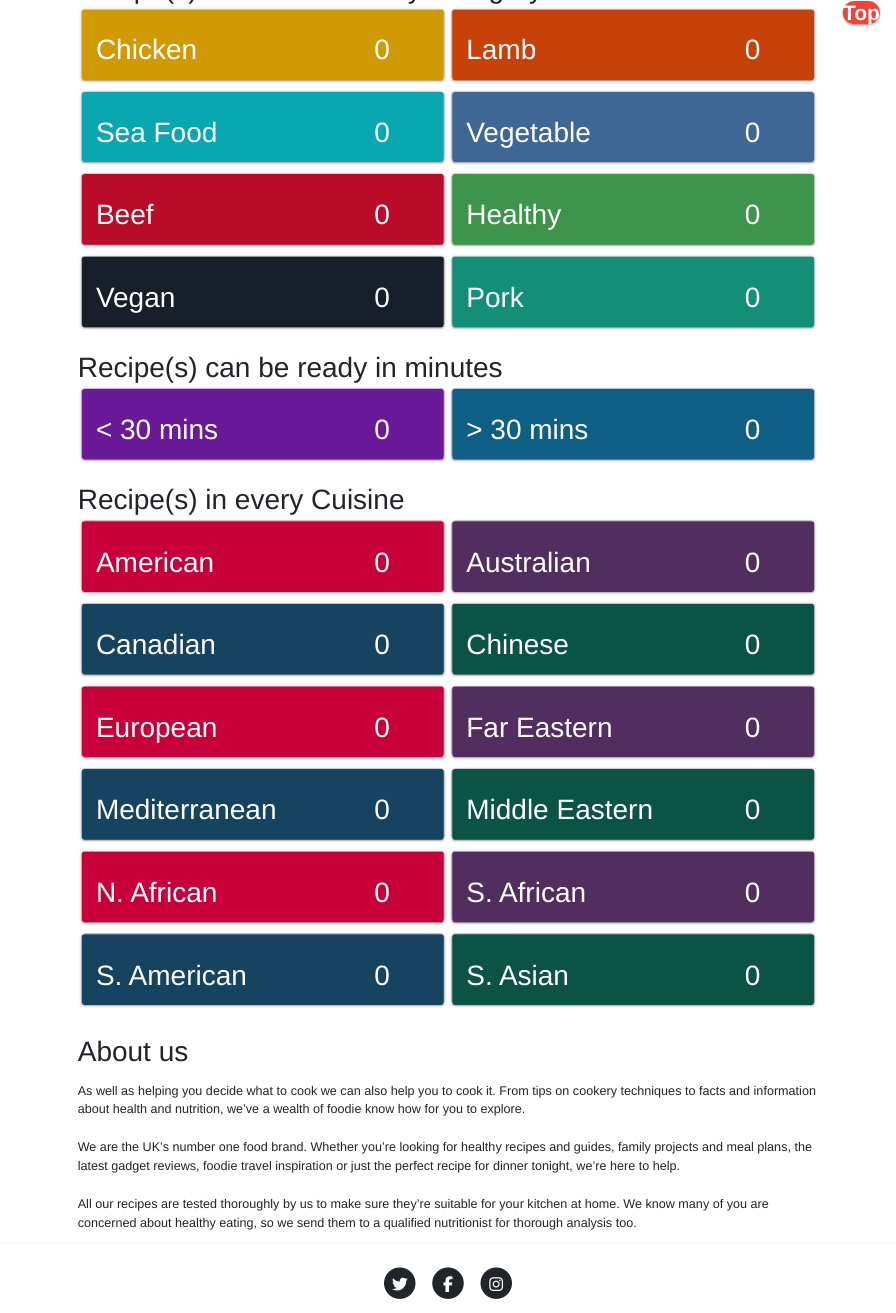
Repository: Code-Institute-Submissions/simas-recipes
Page: http://localhost/
The author's editor kept a record of every edit. The page is drawn from the files as they stood at one moment, then again after the next edit.
The browser window is 1280 px wide. The pictures show the part of the page from y = 652 to 2572 px (the page is 2528 px tall before and 2572 px after), at 70% of full size.
Some web fonts or font styles are not loaded; a fallback is used. Some web libraries are served in a nearby version. The page is served by the project's application, run on Flask 3 (run.py). Queries for data that is not in the repository find no rows.

Above is the page before.
Console error: ReferenceError: emailjs is not defined

### templates/index.html
{% extends 'base.html' %}
{% block content %}
    <span id ="top-page" class="dashhead"> Recipe(s) available in every Catagory</span><br>

    <div class="row">

        <!--Amount of recipes available for CHICKEN-->
        <div class="col-md-6 col-sm-12">
            <a href = "{{ url_for('chicken')}}">
            <div class="row card-chick collapsible collapsible-dash">
                <h2 class="col-9 cat_head">
                    Chicken
                </h2>
                <h2 class="col-3 cat-value">
                    {{ recipe_chicken|selectattr('recipe_type', 'equalto', 'Chicken')|list|length }}
                </h2>
            </div>
            </a>
        </div>

        <!--Amount of recipes available for LAMB-->
        <div class="col-md-6 col-sm-12">
            <a href = "{{ url_for('lamb')}}">
            <div class="row card-lamb collapsible collapsible-dash">
                <h2 class="col-9 cat_head">
                    Lamb
                </h2>
                <h2 class="col-3 cat-value">
                    {{ recipe_lamb|selectattr('recipe_type', 'equalto', 'Lamb')|list|length }}
                </h2>
            </div>
            </a>
        </div>
    </div>

    <div class="row">

        <!--Amount of recipes available for SEA FOOD-->
        <div class="col-md-6 col-sm-12">
            <a href = "{{ url_for('seafood')}}">
            <div class="row card-seafood collapsible collapsible-dash">
                <h2 class="col-9 cat_head">
                    Sea Food
                </h2>
                <h2 class="col-3 cat-value">
                    {{ recipe_seafood|selectattr('recipe_type', 'equalto', 'Sea Food')|list|length }}
                </h2>
            </div>
            </a>
        </div>

        <!--Amount of recipes available for VEGETABLE-->
        <div class="col-md-6 col-sm-12">
            <a href = "{{ url_for('veg')}}">
            <div class="row card-veg collapsible collapsible-dash">
                <h2 class="col-9 cat_head">
                    Vegetable
                </h2>
                <h2 class="col-3 cat-value">
                    {{ recipe_veg|selectattr('recipe_type', 'equalto', 'Vegetable')|list|length }}
                </h2>
            </div>
        </div>
    </div>

    <div class="row">

        <!--Amount of recipes available for BEEF-->
        <div class="col-md-6 col-sm-12">
            <a href = "{{ url_for('beef')}}">
            <div class="row card-beef collapsible collapsible-dash">
                <h2 class="col-9 cat_head">
                    Beef
                </h2>
                <h2 class="col-3 cat-value">
                    {{ recipe_beef|selectattr('recipe_type', 'equalto', 'Beef')|list|length }}
                </h2>
            </div>
            </a>
        </div>

        <!--Amount of recipes available for HEALTHY-->
        <div class="col-md-6 col-sm-12">
            <a href = "{{ url_for('healthy')}}">
            <div class="row card-healthy collapsible collapsible-dash">
                <h2 class="col-9 cat_head">
                    Healthy
                </h2>
                <h2 class="col-3 cat-value">
                    {{ recipe_healthy|selectattr('recipe_type', 'equalto', 'Healthy')|list|length }}
                </h2>
            </div>
            </a>
        </div>
    </div>

    <div class="row">

        <!--Amount of recipes available for VEGAN-->
        <div class="col-md-6 col-sm-12">
            <a href = "{{ url_for('vegan')}}">
            <div class="row card-vegan collapsible collapsible-dash">
                <h2 class="col-9 cat_head">
                    Vegan
                </h2>
                <h2 class="col-3 cat-value">
                    {{ recipe_vegan|selectattr('recipe_type', 'equalto', 'Vegan')|list|length }}
                </h2>
            </div>
            </a>
        </div>

        <!--Amount of recipes available for PORK-->
        <div class="col-md-6 col-sm-12">
            <a href = "{{ url_for('pork')}}">
            <div class="row card-pork collapsible collapsible-dash">
                <h2 class="col-9 cat_head">
                    Pork
                </h2>
                <h2 class="col-3 cat-value">
                    {{ recipe_pork|selectattr('recipe_type', 'equalto', 'Pork')|list|length }}
                </h2>
            </div>
            </a>
        </div>
    </div>
    <br>

    <span class="dashhead"> Recipe(s) can be ready in minutes</span><br>

    <div class="row">

        <!--Amount of recipes available which can be ready under 30 mins-->
        <div class="col-md-6 col-sm-12">
            <a href = "{{ url_for('u30')}}">
            <div class="row card-u30 collapsible collapsible-dash">
                <h2 class="col-9 cat_head">
                    < 30 mins
                </h2>
                <h2 class="col-3 cat-value">
                    {{ recipe_25|selectattr('cook_time', 'lessthan', 31)|list|length }}
                </h2>
            </div>
            </a>
        </div>

        <!--Amount of recipes available which can be take over 30 mins to be ready-->
        <div class="col-md-6 col-sm-12">
            <a href = "{{ url_for('o30')}}">
            <div class="row card-o30 collapsible collapsible-dash">
                <h2 class="col-9 cat_head">
                    > 30 mins
                </h2>
                <h2 class="col-3 cat-value">
                    {{ recipe_35|selectattr('cook_time', 'greaterthan', 31)|list|length }}
                </h2>
            </div>
            </a>
        </div>
    </div>

    <br>

    <span class="dashhead"> Recipe(s) in every Cuisine</span><br>

    <div class="row">

        <!--Amount of recipes available for AMERICAN CUISINE-->
        <div class="col-md-6 col-sm-12">
            <a href="{{ url_for('american') }}">
            <div class="row card-cuisine-red collapsible collapsible-dash">
                <h2 class="col-9 cat_head">
                    American
                </h2>
                <h2 class="col-3 cat-value">
                    {{ recipe_amc|selectattr('recipe_cuisine', 'equalto', 'American Cuisine')|list|length }}
                </h2>
            </div>
            </a>
        </div>

        <!--Amount of recipes available for AUSTRALIAN CUISINE-->
        <div class="col-md-6 col-sm-12">
            <a href = "{{ url_for('australian')}}">
            <div class="row card-cuisine-purple collapsible collapsible-dash">
                <h2 class="col-9 cat_head">
                    Australian
                </h2>
                <h2 class="col-3 cat-value">
                    {{ recipe_auc|selectattr('recipe_cuisine', 'equalto', 'Australian Cuisine')|list|length }}
                </h2>
            </div>
            </a>
        </div>
    </div>

    <div class="row">

        <!--Amount of recipes available for CANADIAN CUISINE-->
        <div class="col-md-6 col-sm-12">
            <a href="{{ url_for('canadian') }}">
            <div class="row card-cuisine-blue collapsible collapsible-dash">
                <h2 class="col-9 cat_head">
                    Canadian
                </h2>
                <h2 class="col-3 cat-value">
                    {{ recipe_cdc|selectattr('recipe_cuisine', 'equalto', 'Canadian Cuisine')|list|length }}
                </h2>
            </div>
            </a>
        </div>

        <!--Amount of recipes available for CHINESE CUISINE-->
        <div class="col-md-6 col-sm-12">
            <a href="{{ url_for('chinese') }}">
            <div class="row card-cuisine-green collapsible collapsible-dash">
                <h2 class="col-9 cat_head">
                    Chinese
                </h2>
                <h2 class="col-3 cat-value">
                    {{ recipe_cnc|selectattr('recipe_cuisine', 'equalto', 'Chinese Cuisine')|list|length }}
                </h2>
            </div>
            </a>
        </div>
    </div>

    <div class="row">

        <!--Amount of recipes available for EUROPIAN CUISINE-->
        <div class="col-md-6 col-sm-12">
            <a href="{{ url_for('european') }}">
            <div class="row card-cuisine-red collapsible collapsible-dash">
                <h2 class="col-9 cat_head">
                    European
                </h2>
                <h2 class="col-3 cat-value">
                    {{ recipe_euc|selectattr('recipe_cuisine', 'equalto', 'European Cuisine')|list|length }}
                </h2>
            </div>
            </a>
        </div>

        <!--Amount of recipes available for FAR EASTERN CUISINE-->
        <div class="col-md-6 col-sm-12">
            <a href="{{ url_for('fareastern') }}">
            <div class="row card-cuisine-purple collapsible collapsible-dash">
                <h2 class="col-9 cat_head">
                    Far Eastern
                </h2>
                <h2 class="col-3 cat-value">
                    {{ recipe_fec|selectattr('recipe_cuisine', 'equalto', 'Far Eastern Cuisine')|list|length }}
                </h2>
            </div>
            </a>
        </div>
    </div>

    <div class="row">

        <!--Amount of recipes available for MEDITERRANEAN CUISINE-->
        <div class="col-md-6 col-sm-12">
            <div class="row card-cuisine-blue collapsible collapsible-dash">
                <h2 class="col-9 cat_head">
                    Mediterranean
                </h2>
                <h2 class="col-3 cat-value">
                    {{ recipe_mdc|selectattr('recipe_cuisine', 'equalto', 'Mediterranean Cuisine')|list|length }}
                </h2>
            </div>
        </div>

        <!--Amount of recipes available for MIDDLE EASTERN CUISINE-->
        <div class="col-md-6 col-sm-12">
            <div class="row card-cuisine-green collapsible collapsible-dash">
                <h2 class="col-9 cat_head">
                    Middle Eastern
                </h2>
                <h2 class="col-3 cat-value">
                    {{ recipe_mec|selectattr('recipe_cuisine', 'equalto', 'Middle Eastern Cuisine')|list|length }}
                </h2>
            </div>
        </div>
    </div>

    <div class="row">

        <!--Amount of recipes available for NORTH AFRICAN CUISINE-->
        <div class="col-md-6 col-sm-12">
            <div class="row card-cuisine-red collapsible collapsible-dash">
                <h2 class="col-9 cat_head">
                    N. African
                </h2>
                <h2 class="col-3 cat-value">
                    {{ recipe_nac|selectattr('recipe_cuisine', 'equalto', 'North African Cuisine')|list|length }}
                </h2>
            </div>
        </div>

        <!--Amount of recipes available for SOUTH AFRICAN CUISINE-->
        <div class="col-md-6 col-sm-12">
            <div class="row card-cuisine-purple collapsible collapsible-dash">
                <h2 class="col-9 cat_head">
                    S. African
                </h2>
                <h2 class="col-3 cat-value">
                    {{ recipe_safc|selectattr('recipe_cuisine', 'equalto', 'South African Cuisine')|list|length }}
                </h2>
            </div>
        </div>
    </div>

    <div class="row">

        <!--Amount of recipes available for SOUTH AMERICAN CUISINE-->
        <div class="col-md-6 col-sm-12">
            <div class="row card-cuisine-blue collapsible collapsible-dash">
                <h2 class="col-9 cat_head">
                    S. American
                </h2>
                <h2 class="col-3 cat-value">
                    {{ recipe_samc|selectattr('recipe_cuisine', 'equalto', 'South American Cuisine')|list|length }}
                </h2>
            </div>
        </div>

        <!--Amount of recipes available for SOUTH ASIAN CUISINE-->
        <div class="col-md-6 col-sm-12">
            <div class="row card-cuisine-green collapsible collapsible-dash">
                <h2 class="col-9 cat_head">
                    S. Asian
                </h2>
                <h2 class="col-3 cat-value">
                    {{ recipe_sasc|selectattr('recipe_cuisine', 'equalto', 'South Asian Cuisine')|list|length }}
                </h2>
            </div>
        </div>
    </div>

    <h2>About us</h2>

    <p>
        As well as helping you decide what to cook we can also help you to cook it. From tips on cookery techniques to facts and information about health and nutrition, we’ve a wealth of foodie know how for you to explore.
    </p>
    <br>
    <p>
        We are the UK’s number one food brand. Whether you’re looking for healthy recipes and guides, family projects and meal plans, the latest gadget reviews, foodie travel inspiration or just the perfect recipe for dinner tonight, we’re here to help.
    </p>
    <br>
    <p>
        All our recipes are tested thoroughly by us to make sure they’re suitable for your kitchen at home. We know many of you are concerned about healthy eating, so we send them to a qualified nutritionist for thorough analysis too.
    </p>

    <!--For floating TOP button on right hand bottom corner-->
    <div class="fixed-action-btn">
        <a href="#top-page" class="btn-floating red card-top">
            Top
        </a>
    </div>

{% endblock %}

Loaded but not shown: static/css/bootstrap.css (library); static/css/fontawesome.css (library); static/css/materialize.css (library); static/js/jquery.js (library); static/js/bootstrap.bundle.js (library); static/js/materialize.js (library); static/js/clean-blog.js (41 lines, source omitted); static/js/sendemail.js (57 lines, source omitted); run.py (519 lines, source omitted); static/css/style.css (854 lines, source omitted); templates/base.html (159 lines, source omitted)

After the next edit:
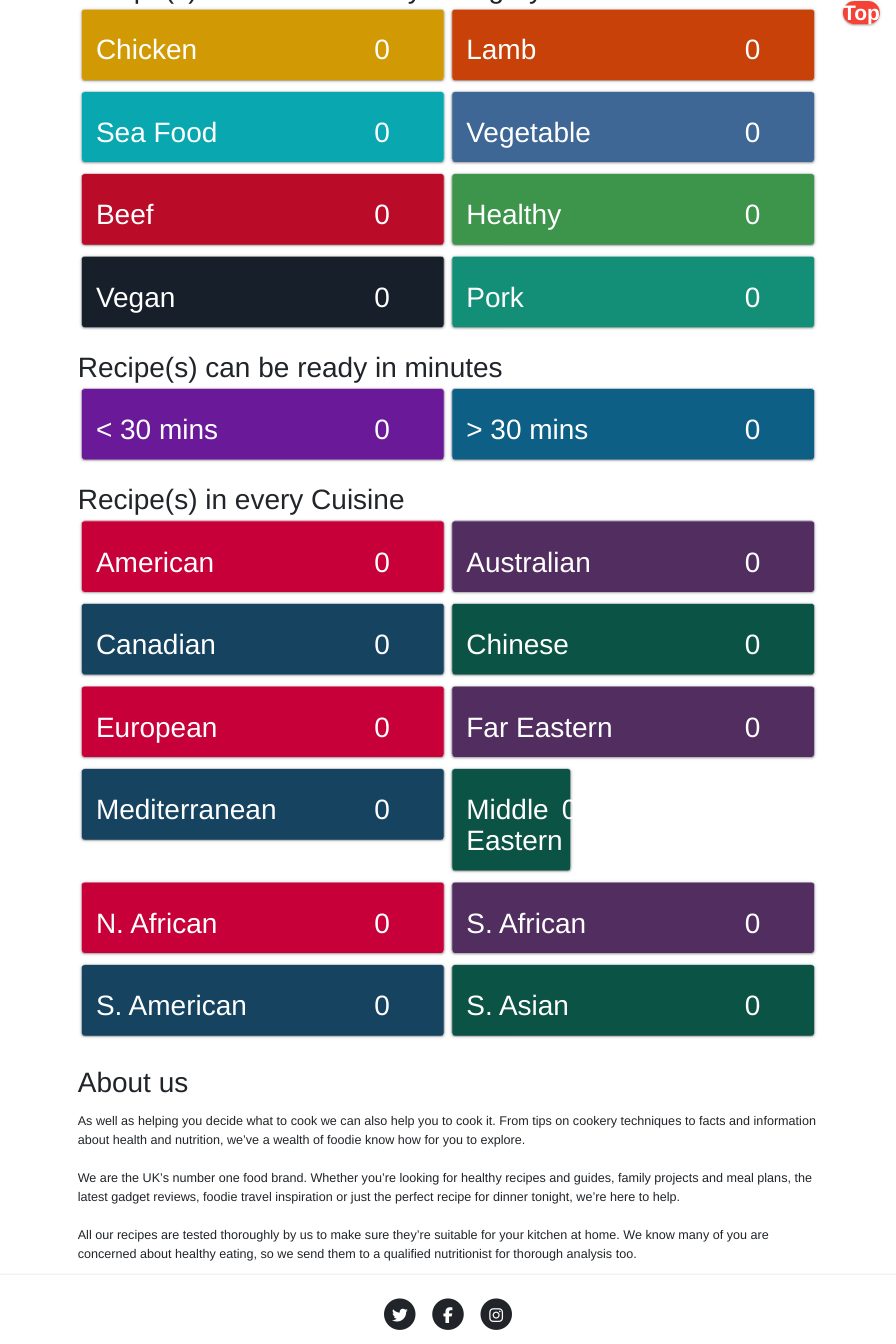
The edit:
--- a/templates/index.html
+++ b/templates/index.html
@@ -260,6 +260,7 @@
 
         <!--Amount of recipes available for MEDITERRANEAN CUISINE-->
         <div class="col-md-6 col-sm-12">
+            <a href="{{ url_for('mediterranean') }}">
             <div class="row card-cuisine-blue collapsible collapsible-dash">
                 <h2 class="col-9 cat_head">
                     Mediterranean

After the edit that followed:
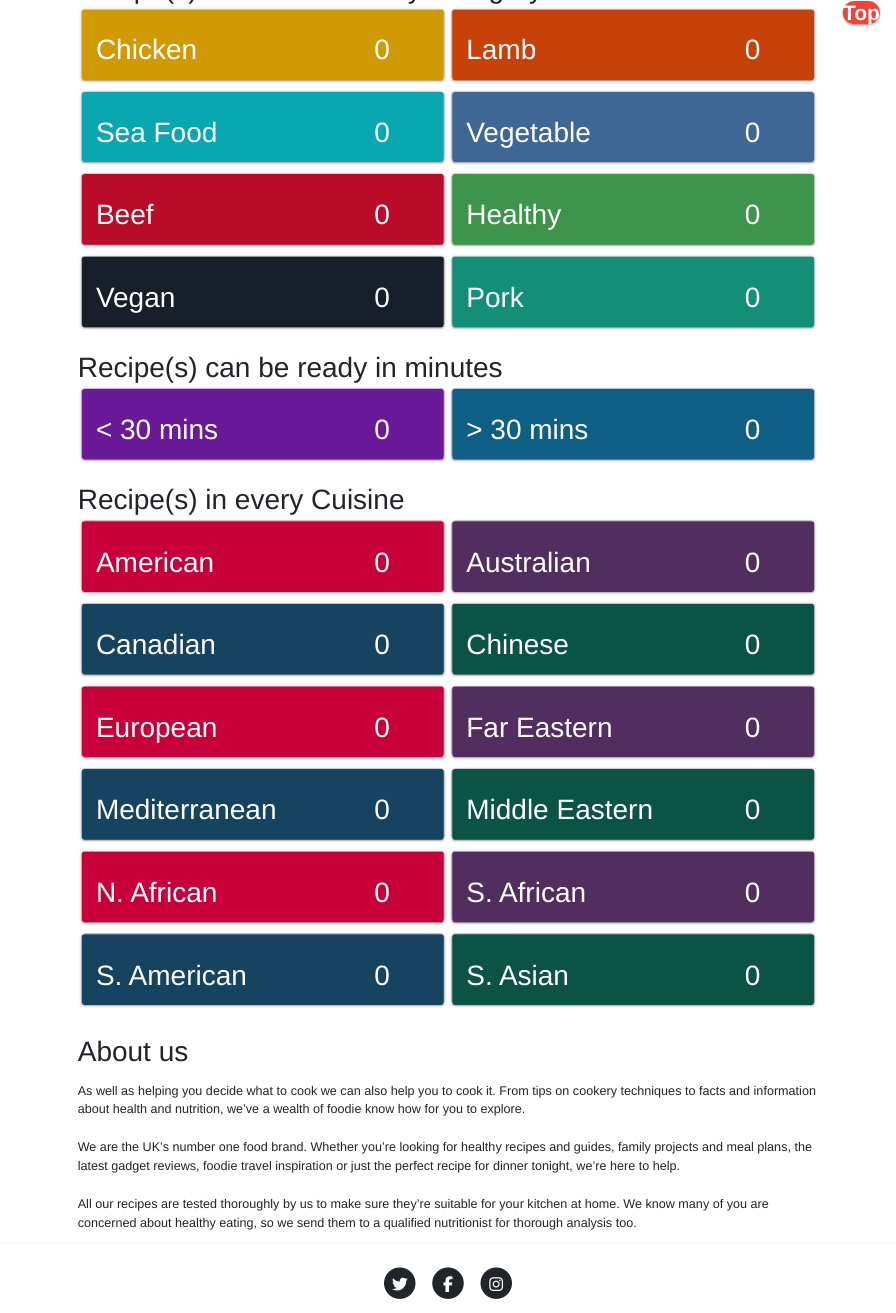
The edit:
--- a/templates/index.html
+++ b/templates/index.html
@@ -269,6 +269,7 @@
                     {{ recipe_mdc|selectattr('recipe_cuisine', 'equalto', 'Mediterranean Cuisine')|list|length }}
                 </h2>
             </div>
+            </a>
         </div>
 
         <!--Amount of recipes available for MIDDLE EASTERN CUISINE-->
